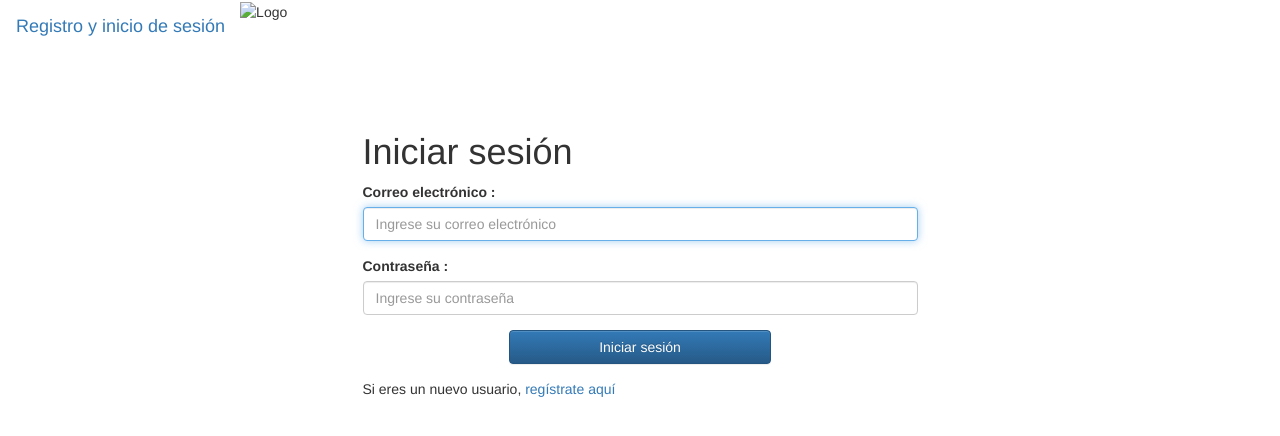
Repository: BolivarCaro/ecenviosweb
Page: http://localhost/login
The author's editor kept a copy of each file at every save. The page is drawn from the files as they stood at one save, then again after the next save.
The browser window is 1280 px wide. The pictures show the whole page.
The page is this project's Thymeleaf template; nobody is signed in. The template is opened directly, without the code that normally fills it, so the values that code supplies are empty.

Above is the page before, as saved 2024-07-14 14:08:22.
Console error (its wording comes from the project's code and is left out).
Not found: sprindbootecenvios/public/images/logoecenvios

After the next save:
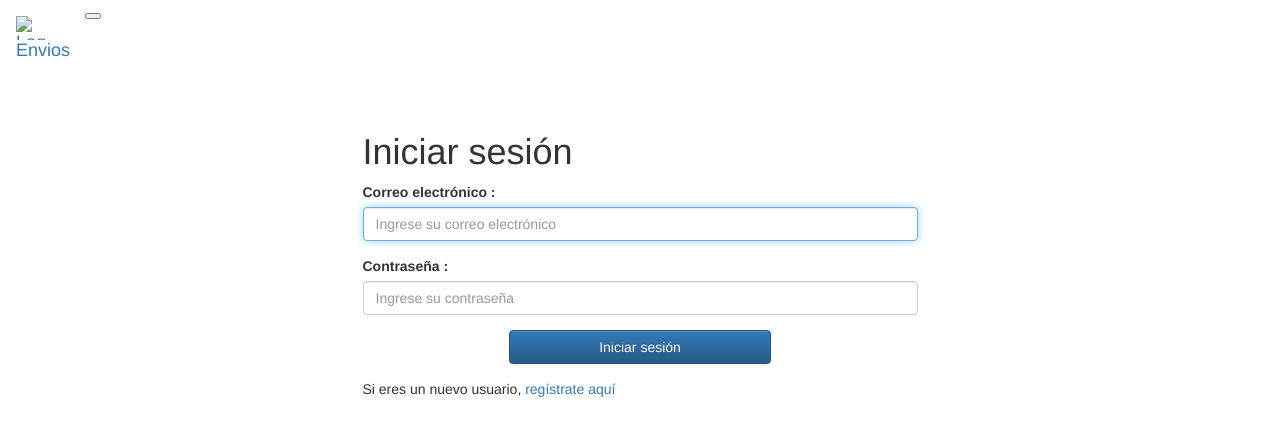
Saved 98 s later.
--- a/sprindbootecenvios/src/main/resources/templates/login.html
+++ b/sprindbootecenvios/src/main/resources/templates/login.html
@@ -17,23 +17,20 @@
 </head>
 <body>
 
-    <nav class="navbar navbar bg-body-tertiary">
-        <div class="container-fluid">
-			<img src="public/images/logoecenvios" alt="Logo" width="30" height="24" class="d-inline-block align-text-top">
+	<nav class="navbar navbar-bg-light">  <div class="container-fluid">
+	    <a class="navbar-brand" href="#">
+	      <img src="public/images/logoecenvios" alt="Logo" width="30" height="24">
+	      Envios  </a>
+	    <button class="navbar-toggler collapsed" type="button" data-toggle="collapse" data-target="#navbar" aria-expanded="false" aria-controls="navbar">
+	      <span class="sr-only">Toggle navigation</span>
+	      <span class="icon-bar"></span>
+	      <span class="icon-bar"></span>
+	      <span class="icon-bar"></span>
+	    </button>
+	    <div id="navbar" class="collapse navbar-collapse">  </div>
+	  </div>
+	</nav>
 
-			    </a>
-                <button type="button" class="navbar-toggle collapsed"
-                    data-toggle="collapse" data-target="#navbar" aria-expanded="false"
-                    aria-controls="navbar">
-                    <span class="sr-only">Toggle navigation</span> <span
-                        class="icon-bar"></span> <span class="icon-bar"></span> <span
-                        class="icon-bar"></span>
-                </button>
-                <a class="navbar-brand" href="#" th:href="@{/}">Registro y
-                    inicio de sesión</a>
-            </div>
-        </div>
-    </nav>
 
     <br>
     <br>
